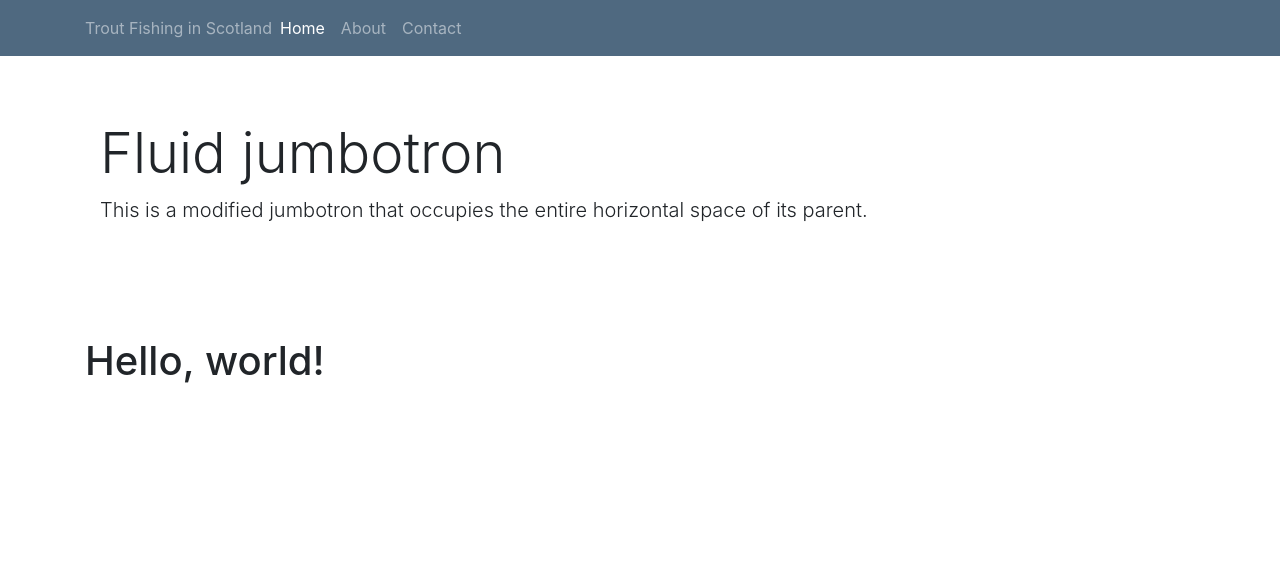
Repository: adrian9211/College_project
Page: index.html
These files come from the project's save history. The page is drawn as it stood at one moment and after the next save; the edit follows.
The browser window is 1280 px wide. The pictures show the whole page.

Above is the page before, as saved 2020-10-28 13:30:21.

After the next save:
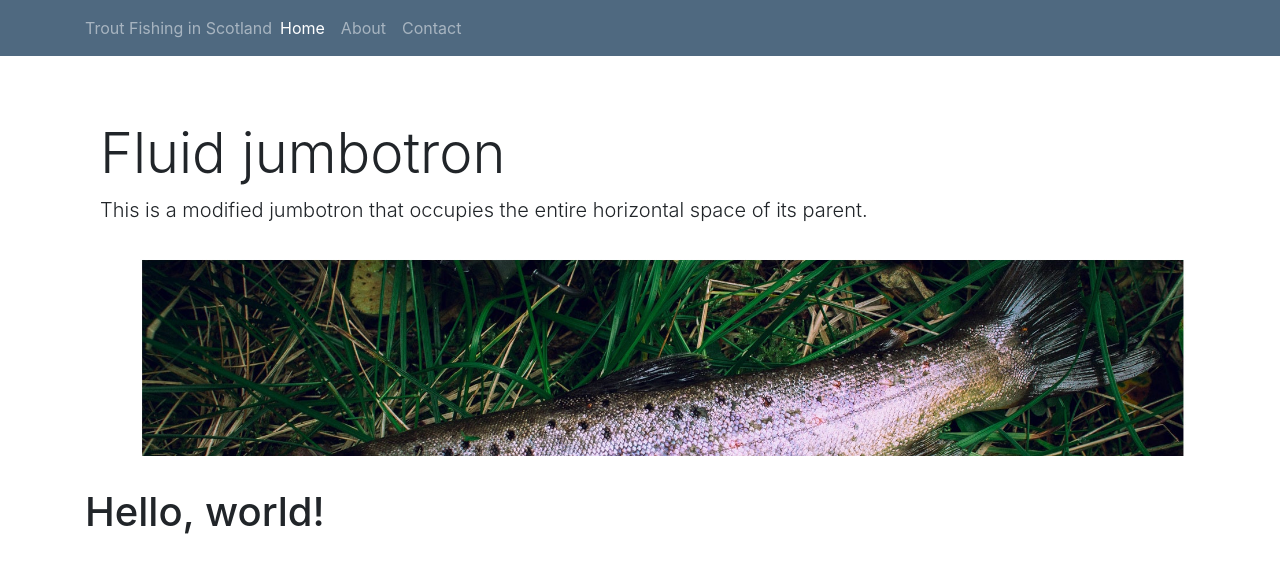
Saved 16 s later.
--- a/css/style.css
+++ b/css/style.css
@@ -1,3 +1,5 @@
 .jumbotron {
     background-image: url("../img/trout_jumbotron.jpg");
+    background-size: cover;
+    height: 400px;
 }
